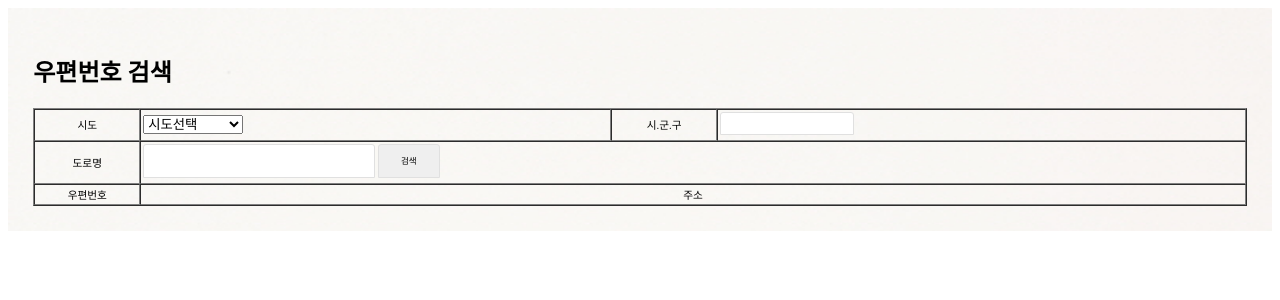
Repository: keepsus/gaebokchi
Page: http://localhost/uzuslime/member/memberCheckPost.jsp
These files come from the project's save history. The page is drawn as it stood at one moment and after the next save; the edit follows.
The browser window is 1280 px wide. The pictures show the whole page.
The page is served by Tomcat 9. Nobody is signed in. The application's start-up code is not run. Other server files are loaded and not shown.

Above is the page before, as saved 2021-02-12 11:44:25.

### uzuslime/src/main/webapp/member/memberCheckPost.jsp
<%@ page language="java" contentType="text/html; charset=UTF-8"
    pageEncoding="UTF-8"%>
<%@ taglib prefix="c" uri="http://java.sun.com/jsp/jstl/core" %>

<!DOCTYPE html>
<html>
<head>
<meta charset="UTF-8">
<title>우편번호 검색</title>
<link rel="stylesheet" href="../css/member.css">
  <link rel="stylesheet" href="/slime/css/memberCheckPost.css">
</head>
<body>
<form id="memberCheckPostForm">
<div class="checkPost">
<h2>우편번호 검색</h2>
<table id="checkPostTable" border="1" width="100%" cellpadding="2" cellspacing="0">
<tr>
	<td width="100" align="center">시도</td>
	<td>
		<select name="sido" id="sido" style="width: 100px;">
				<option>시도선택</option>
				<option value="서울">서울</option>
				<option value="인천">인천</option>
				<option value="대전">대전</option>
				<option value="대구">대구</option>
				<option value="울산">울산</option>
				<option value="세종">세종</option>
				<option value="광주">광주</option>
				<option value="경기">경기</option>
				<option value="강원">강원</option>
				<option value="전남">전남</option>
				<option value="전북">전북</option>
				<option value="경남">경남</option>
				<option value="경북">경북</option>
				<option value="충남">충남</option>
				<option value="충북">충북</option>
				<option value="부산">부산</option>
				<option value="제주">제주</option>
			</select>
	</td>
	<td align="center" width="100">시.군.구</td>
	<td><input type="text" name="sigungu" id="sigungu"></td>
</tr>

<tr>
	<td align="center">도로명</td>
	<td colspan="3">
		<input type="text" name="roadname" id="roadname" size="35">
		<input type="button" id="checkPostSearchBtn" value="검색">
	</td>
</tr>

<tr>
	<td align="center">우편번호</td>
	<td colspan="3" align="center">주소</td>
</tr>
</table>
</div>
</form>
<script type="text/javascript" src="https://code.jquery.com/jquery-3.5.1.min.js"></script>
<script type="text/javascript" src="/slime/js/member.js"></script>
</body>
</html>

### uzuslime/src/main/webapp/css/member.css
@charset "UTF-8";
td {
	font-size: 8pt;
}

#addressA:link {color: black; text-decoration: none;}
#addressA:visited {color: black; text-decoration: none;}
#addressA:hover {color: blue; text-decoration: underline;}
#addressA:active {color: black; text-decoration: none;}

### uzuslime/src/main/webapp/css/memberCheckPost.css
.checkPost {
	padding : 2%;

}



.checkPostSearchBtn{
	border-radius: 3px 3px 0 0;
    border: 1px solid #8393a7;
    background-color: #8393a7;
    font-size: 80%;
    color :white;
    cursor:pointer;
}

input {
	padding: 1% 2%;
    line-height: 1.2;
    border-radius: 3px 3px 0 0;
    border: 1px solid #e0e0e0;
    font-size: 80%;
    margin-bottom: 3px;
}

.checkPost {
	background-image: url("/slime/image/img6_1.jpg");
    background-size:cover;
}

### uzuslime/src/main/webapp/js/member.js
//로그인
$('#loginBtn').click(function(){
	$('#loginIdDiv').empty();
	$('#loginPwdDiv').empty();

	if($('#loginId').val()==''){
		$('#loginIdDiv').text('아이디를 입력')
						.css('color','red')
						.css('font-size','8pt')
						.css('font-weight','bold');

	}else if($('#loginPwd').val()==''){
		$('#loginPwdDiv').text('비밀번호를 입력')
						 .css('color','red')
						 .css('font-size','8pt')
						 .css('font-weight','bold');
	}else{
		$.ajax({
			type : 'post',
			url: '/slime/member/login',
			data: {'member_id': $('#loginId').val(), 'pwpwpw': $('#loginPwd').val()},

			dataType: 'text',
			success: function(data){
				if(data == 'success'){
					location.href = '/slime/index.jsp';

				}else if(data == 'fail'){

					alert('잘못된 정보입니다. 다시 입력해주세요.');
				}
			},//success
			error: function(err){
				console.log(err);
			}//error

		});//ajax
	}//else
});//click

//회원가입
$('#writeBtn').click(function(){
	$('#nameDiv').empty();
	$('#idDiv').empty();
	$('#pwdDiv').empty();
	$('#repwdDiv').empty();
	$('#emailDiv').empty();
	var idReg = /^[A-za-z0-9]/g;
	//아이디 한글못넣게 하는 것
	//[영문 대문자 또는 소문자로 시작하는 아이디, 끝날때 제한 없음]

	//if($('#name').val()==''){ -> 방법 1
	//if($('input[id=member_name]').val()==''){ -> 방법 2
	//id 속성이용은 2가지 방법 모두 가능
	if($('input[id=member_name]').val()==''){
		$('#nameDiv').text('이름을 입력하세요');
		$('#nameDiv').css('color','red');
		$('#nameDiv').css('font-size','8pt');
		$('#nameDiv').css('font-weight','bold');

	}else if($('#member_id').val()==''){	//id 속성이용
		$('#idDiv').text('아이디를 입력하세요');
		$('#idDiv').css('color','red');
		$('#idDiv').css('font-size','8pt');
		$('#idDiv').css('font-weight','bold');

	}else if( !idReg.test( $("input[id=member_id]").val() ) ){
		$('#idDiv').text('아이디는 영문자로 시작하는 6~20자 영문자 또는 숫자이어야 합니다.');
		$('#idDiv').css('color','red');
		$('#idDiv').css('font-size','8pt');
		$('#idDiv').css('font-weight','bold');

	}else if($('input[name=member_pw]').val()==''){
		$('#pwdDiv').text('비밀번호를 입력하세요')
		$('#pwdDiv').css('color','red')
		$('#pwdDiv').css('font-size','8pt')
		$('#pwdDiv').css('font-weight','bold');

	}else if($('input[name=repw]').val() != $('input[name=member_pw]').val()){
		$('#repwdDiv').text('비밀번호가 맞지 않습니다')
		$('#repwdDiv').css('color','red')
		$('#repwdDiv').css('font-size','8pt')
		$('#repwdDiv').css('font-weight','bold');

	}else if($('#member_id').val() != $('#check').val()){
		$('#idDiv').text('중복체크 하세요')
		$('#idDiv').css('color','red')
		$('#idDiv').css('font-size','8pt')
		$('#idDiv').css('font-weight','bold');

	}else if($('input[name=email1]').val()==''||$('input[name=email2]').val()==''){
		$('#emailDiv').text('이메일을 입력하세요')
		$('#emailDiv').css('color','red')
		$('#emailDiv').css('font-size','8pt')
		$('#emailDiv').css('font-weight','bold');

	}else{
		$('form[name=memberWriteForm]').submit();
	}
});

//중복 아이디 체크
$('#member_id').focusout(function(){
	if($('#member_id').val()==''){
		$('#idDiv').text('먼저 아이디를 입력하세요')
		$('#idDiv').css('color','magenta')
		$('#idDiv').css('font-size','8pt')
		$('#idDiv').css('font-weight','bold');

	}else{
		$.ajax({
			type: 'post',
			url: '/slime/member/checkId',
			data: 'member_id='+$('#member_id').val(),
			dataType: 'text',
			success: function(data){
				if(data == 'exist'){
					$('#idDiv').text('사용 불가능')
					$('#idDiv').css('color','magenta')
					$('#idDiv').css('font-size','8pt')
					$('#idDiv').css('font-weight','bold');

				}else if(data == 'non_exist'){
					$('#check').val($('#member_id').val());

					$('#idDiv').text('사용 가능')
					$('#idDiv').css('color','blue')
					$('#idDiv').css('font-size','8pt')
					$('#idDiv').css('font-weight','bold');
				}
			}
		});
	}
});

//우편번호
$('#checkPostBtn').click(function(){
	window.open("/slime/member/memberCheckPost", "zipcode", "width=700 height=500 scrollbars=yes");
});

$('#checkPostSearchBtn').click(function(){
	$.ajax({
		type: 'post',
		url: '/slime/member/checkPostSearch',
		data: $('#memberCheckPostForm').serialize(),	//serialize : '변수=값&변수=값'
		dataType: 'json',
		success: function(data){
			//alert(JSON.stringify(data));

			$('#checkPostTable tr:gt(2)').remove();

			$.each(data.list, function(index, items){
				var address = items.sido+' '
							+ items.sigungu+' '
							+ items.yubmyundong+' '
							+ items.ri+' '
							+ items.roadname+' '
							+ items.buildingname;

				address = address.replace(/null/g, '');

				$('<tr/>').append($('<td/>',{
					align: 'center',
					text: items.zipcode

				})).append($('<td/>',{
					colspan: '3',
					}).append($('<a/>',{
						href: '#',
						id: 'addressA',
						text: address
					}))
				).appendTo($('#checkPostTable'));
			});//each

			$('a').click(function(){
				//alert($(this).prop('tagName'));
				//alert($(this).parent().prev().text());

				$('#postcode', opener.document).val($(this).parent().prev().text());
				$('#address', opener.document).val($(this).text());
				$('#detailAddress', opener.document).focus();
				window.close();
			});
		},
		error: function(err){
			console.log(err);
		}
	});
});

//회원정보수정
$('#modifyBtn').click(function(){
	$('#nameDiv').empty();
	$('#pwdDiv').empty();
	$('#repwdDiv').empty();

	if($('#member_name').val()==''){
		$('#nameDiv').text('이름을 입력하세요');
		$('#nameDiv').css('color','red');
		$('#nameDiv').css('font-size','8pt');
		$('#nameDiv').css('font-weight','bold');

	}else if($('input[name=member_pw]').val()==''){
		$('#pwdDiv').text('비밀번호를 입력하세요')
		$('#pwdDiv').css('color','red')
		$('#pwdDiv').css('font-size','8pt')
		$('#pwdDiv').css('font-weight','bold');

	}else if($('input[name=repw]').val() != $('input[name=member_pw]').val()){
		$('#repwdDiv').text('비밀번호가 맞지 않습니다')
		$('#repwdDiv').css('color','red')
		$('#repwdDiv').css('font-size','8pt')
		$('#repwdDiv').css('font-weight','bold');

	}else{
		$.ajax({
			type: 'post',
			url: '/slime/member/modify',
			data: $('#memberModifyForm').serialize(),	//serialize : '변수=값&변수=값'
			success: function(){
				alert('회원정보수정 완료');
				location.href='/slime/mypage/myPageOrder.jsp';
			},
			error: function(err){
				console.log(err);
			}
		});
	}
});

//아이디 찾기
$('#searchBtn').click(function(){
	$.ajax({
		type: 'post',
		url: '/slime/member/memberIdSearch',
		data: $('#memberSearch').serialize(),
		dataType: 'text',
		success: function(data){
			alert("회원님의 ID는 "+data+" 입니다");
			location.href='/slime/index.jsp';
		},
		error: function(err){
			alert("틀린 정보입니다. 다시 확인해주세요.")
			console.log(err);
		}
	});
});


//이메일 인증 보내기
$('#emailBtn').click(function(){
	$('#emailDiv').empty();
	if($('input[name=email1]').val()==''||$('input[name=email2]').val()==''){
		$('#emailDiv').text('이메일을 입력하세요');
		$('#emailDiv').css('color','red');
		$('#emailDiv').css('font-size','8pt');
		$('#emailDiv').css('font-weight','bold');

	}else{
		$.ajax({
			type: 'post',
			url: '/slime/member/sendEmail',
			data: 'e_mail='+$('#email1').val()+'@'+$('#email2').val(),
			dataType: 'json',
			success: function(data){
				$('#emailDiv').text('이메일이 발송되었습니다. 인증번호를 입력헤주세요');
				$('#emailDiv').css('color','red');
				$('#emailDiv').css('font-size','8pt');
				$('#emailDiv').css('font-weight','bold');
				console.log('이메일 data ='+ JSON.stringify(data));//data가 들어오는것인가?이상한게 찍힌다.
				$('#checkEmailR').val(data.dice);//받은 인증번호를 jsp에 있는 hidden 속성에 넣어주기
			},
			error: function(err){
				console.log(err);
			}
		});
	}

});


//이메일 인증번호 확인
$('#emailCheckBtn').click(function(){
	$('#emailDiv').empty();

	if($('input[id=checkEmail]').val()==''){
		$('#emailDiv').text('이메일 인증번호를 입력해주세요 ')
		$('#emailDiv').css('color','magenta')
		$('#emailDiv').css('font-size','8pt')
		$('#emailDiv').css('font-weight','bold');

	}else{
		if
		(document.getElementById('checkEmail').value == document.getElementById('checkEmailR').value){
			$('#emailDiv').text('인증되었습니다.')
			$('#emailDiv').css('color','magenta')
			$('#emailDiv').css('font-size','8pt')
			$('#emailDiv').css('font-weight','bold');
		}else if
		(document.getElementById('checkEmail').value != document.getElementById('checkEmailR').value){
			$('#emailDiv').text('인증번호가 맞지 않습니다.')
			$('#emailDiv').css('color','magenta')
			$('#emailDiv').css('font-size','8pt')
			$('#emailDiv').css('font-weight','bold');
		}
	}

});

After the next save:
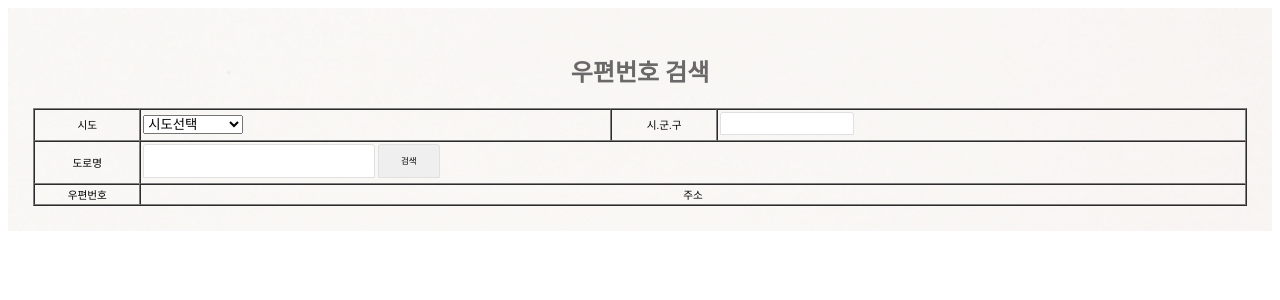
Saved 3 min 55 s later.
--- a/uzuslime/src/main/webapp/member/memberCheckPost.jsp
+++ b/uzuslime/src/main/webapp/member/memberCheckPost.jsp
@@ -13,7 +13,7 @@
 <body>
 <form id="memberCheckPostForm">
 <div class="checkPost">
-<h2>우편번호 검색</h2>
+<h2 style="text-align:center; color:rgba(63, 62, 62, 0.774); margin-botton:30px;">우편번호 검색</h2>
 <table id="checkPostTable" border="1" width="100%" cellpadding="2" cellspacing="0">
 <tr>
 	<td width="100" align="center">시도</td>
